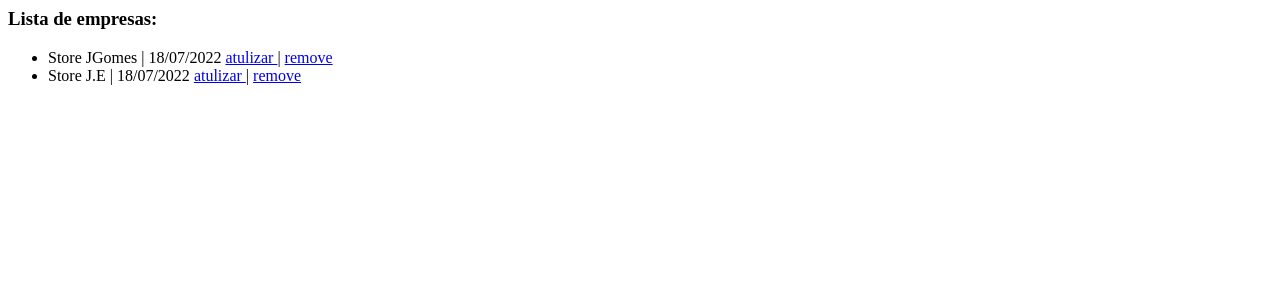
Repository: EmersonRGomes/study
Page: http://localhost/gerenciadorstudy/listaEmpresas
These files come from the project's save history. The page is drawn as it stood at one moment and after the next save; the edit follows.
The browser window is 1280 px wide. The pictures show the whole page.
The page is served by Tomcat 9. Other server files are loaded and not shown.

Above is the page before, as saved 2022-08-02 00:15:54.

### gerenciadorstudy/webContent/listaEmpresaCriada.jsp
<%@ taglib uri="http://java.sun.com/jsp/jstl/core" prefix="c" %>
<%@ taglib uri="http://java.sun.com/jsp/jstl/fmt" prefix="fmt" %>

<!DOCTYPE hmtl>
<html>
<head>
<meta charset="ISO-8859-1">
<title>Java Standard Taglib</title>
</head>
<body>
   <h3>Lista de empresas: </h3>

    <ul>
        <c:forEach items="${empresas}" var="empresa">
            <li>${empresa.nome} | <fmt:formatDate value="${empresa.dataAbertura}" pattern="dd/MM/yyyy"/>
            <a href="/gerenciadorstudy/mostraEmpresa?id=${empresa.id}"> atulizar </a> |
            	<a href="/gerenciadorstudy/removeEmpresa?id=${empresa.id}"> remove </a>
            </li>
        </c:forEach>
    </ul>

</body>
</html>

### gerenciadorstudy/src/main/java/br/com/gerenciadorstudy/servlet/ListaEmpresasSevlet.java
package br.com.gerenciadorstudy.servlet;

import java.io.IOException;
import java.util.List;

import javax.servlet.RequestDispatcher;
import javax.servlet.ServletException;
import javax.servlet.annotation.WebServlet;
import javax.servlet.http.HttpServlet;
import javax.servlet.http.HttpServletRequest;
import javax.servlet.http.HttpServletResponse;

@WebServlet("/listaEmpresas")
public class ListaEmpresasSevlet extends HttpServlet {
	private static final long serialVersionUID = 1L;

	/**
	 * @see HttpServlet#doGet(HttpServletRequest request, HttpServletResponse response)
	 */
	protected void doGet(HttpServletRequest request, HttpServletResponse response)
			throws ServletException, IOException {
		// TODO Auto-generated method stub
		List<Empresa> lista = Banco.getEmpresa();


		//Iniciando a lista com uma empresa
		if (lista.isEmpty() ) {
		}


		request.setAttribute("empresas", lista);

		RequestDispatcher rd = request.getRequestDispatcher("/listaEmpresaCriada.jsp");
		rd.forward(request, response);

	}


}

### gerenciadorstudy/src/main/java/br/com/gerenciadorstudy/servlet/Banco.java
package br.com.gerenciadorstudy.servlet;

import java.util.ArrayList;
import java.util.Iterator;
import java.util.List;

public class Banco {

	private static List<Empresa> lista = new ArrayList<>();
	private static Integer chaveSequencial = 1;

	static {
		Empresa empresa2 = new Empresa();
		empresa2.setNome("Store JGomes");
		empresa2.setId(chaveSequencial++);
		lista.add(empresa2);
		Empresa empresa3 = new Empresa();
		empresa3.setNome("Store J.E");
		empresa3.setId(chaveSequencial++);
		lista.add(empresa3);
	}

	public void adiconar(Empresa empresa) {
		empresa.setId(Banco.chaveSequencial++);
		Banco.lista.add(empresa);
	}

	public static List<Empresa> getEmpresa() {
		return Banco.lista;
	}

	public void remove(Integer empresaId) {

		Iterator<Empresa> it = lista.iterator();

		while (it.hasNext()) {
			Empresa emp = it.next();

			if (emp.getId() == empresaId) {
				it.remove();
				//outra opção lista.remove(empresa);
			}
		}

		// Quando utilizamos iteramos (Fazemos umalaço em uma lista) não conseguimos remover um valor
		/*
		 * for (Empresa empresa : lista) { if (empresa.getId() == empresaId) {
		 * lista.remove(empresa); }
		 *
		 * }
		 */
	}

	public void atualizar(String nome, Empresa emp) {
		emp.setNome(nome);
	}

	public Empresa buscaEmpresaID(Integer id) {
		for (Empresa empresa : lista) {
			if(empresa.getId() == id) {
				return empresa;
			}
		}
		return null;
	}



}

### gerenciadorstudy/src/main/java/br/com/gerenciadorstudy/servlet/Empresa.java
package br.com.gerenciadorstudy.servlet;

import java.util.Date;

public class Empresa {

	//Atributos
	private int id;
	private String nome;
	private Date dataAbertura = new Date();

	public Empresa() {
	}

	public Empresa(String nome) {
		this.nome = nome;
	}

	//Getters e Setters
	public Date getDataAbertura() {
		return dataAbertura;
	}
	public void setDataAbertura(Date dataAbertura) {
		this.dataAbertura = dataAbertura;
	}

	public int getId() {
		return id;
	}
	public void setId(int id) {
		this.id = id;
	}
	public String getNome() {
		return nome;
	}
	public void setNome(String nome) {
		this.nome = nome;
	}


}

After the next save:
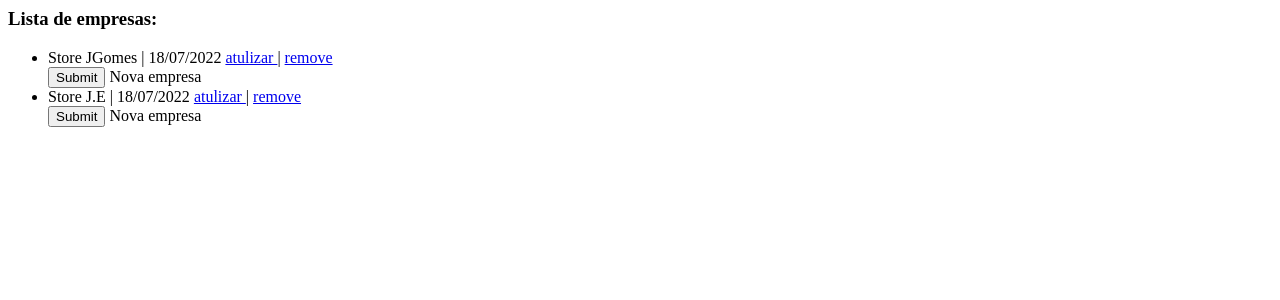
Saved 4 min 28 s later.
--- a/gerenciadorstudy/webContent/listaEmpresaCriada.jsp
+++ b/gerenciadorstudy/webContent/listaEmpresaCriada.jsp
@@ -16,6 +16,7 @@
             <a href="/gerenciadorstudy/mostraEmpresa?id=${empresa.id}"> atulizar </a> |
             	<a href="/gerenciadorstudy/removeEmpresa?id=${empresa.id}"> remove </a>
             </li>
+            <input type="submit" href="/gerenciadorstudy/listaEmpresaCriada.jsp"> Nova empresa
         </c:forEach>
     </ul>
 
